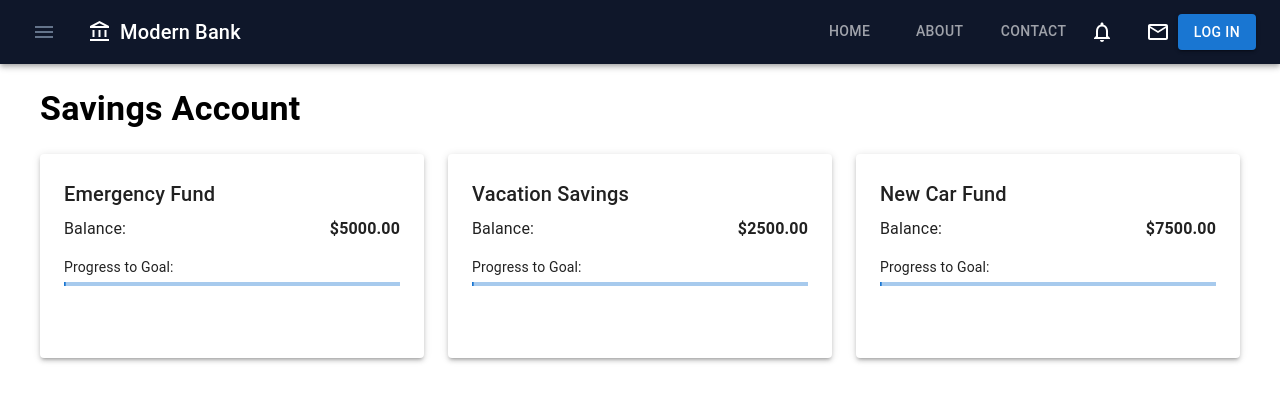
Repository: MohammadMazloum123/Moder-Bank-Full-Stack-Project
Page: /savings-account (app in Desktop/front-modernbank/front-modernbank/)
These files come from the project's save history. The page is drawn as it stood at one moment and after a run of saves; the edit follows.
The browser window is 1280 px wide. The pictures show the whole page.
The project was rebuilt for these pictures with package versions that can differ from the ones it lists, and the page was loaded fresh each time. Also part of the build but not shown: Desktop/front-modernbank/front-modernbank/src/components/HomePage.jsx, Desktop/front-modernbank/front-modernbank/src/transactions/NewTransaction.tsx, Desktop/front-modernbank/front-modernbank/src/transactions/TransactionsHistory.tsx.

Above is the page before, as saved 2024-11-18 17:27:11.

After the next 2 saves:
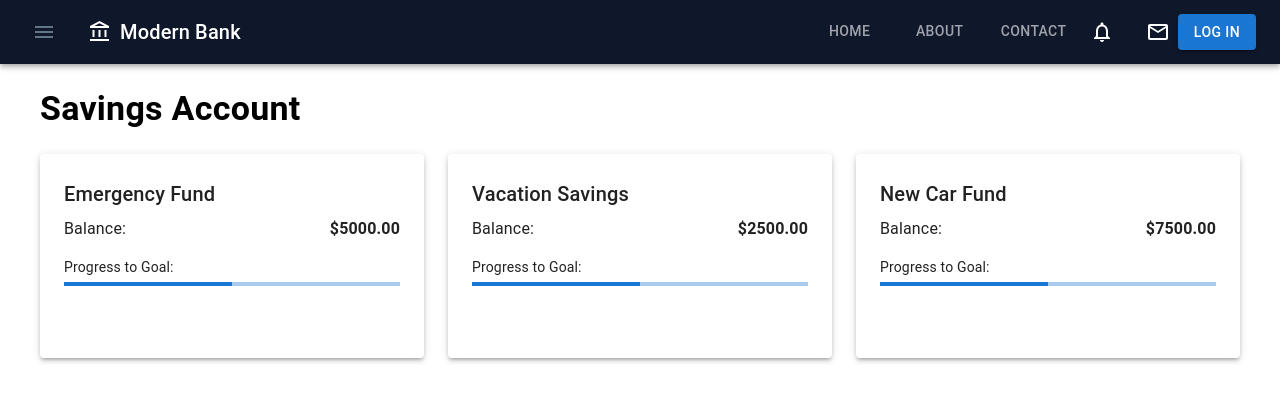
The 2 saves are shown as one change because they came seconds apart.
The last was saved 8 s later.
--- a/Desktop/front-modernbank/front-modernbank/src/savings/SavingsAccount.tsx
+++ b/Desktop/front-modernbank/front-modernbank/src/savings/SavingsAccount.tsx
@@ -68,7 +68,8 @@ return (
                             <Typography variant='body2' gutterBottom>Progress to Goal:</Typography>
                             <LinearProgress
                             variant='determinate'
-                            value={(account.balance / account.goal)}
+                            value={(account.balance / account.goal * 100)}
+
                             />
                         </Box>
                     </Paper>
